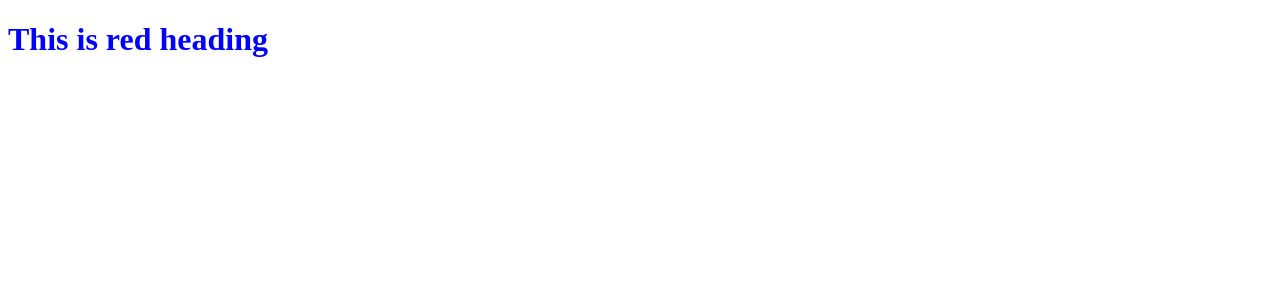
Repository: Helianthusss/Learn-CPP
Page: HTML/practice1.html
The author's editor kept a copy of each file at every save. The page is drawn from the files as they stood at one save, then again after the next save.
The browser window is 1280 px wide. The pictures show the whole page.

Above is the page before, as saved 2021-10-06 09:42:59.

After the next save:
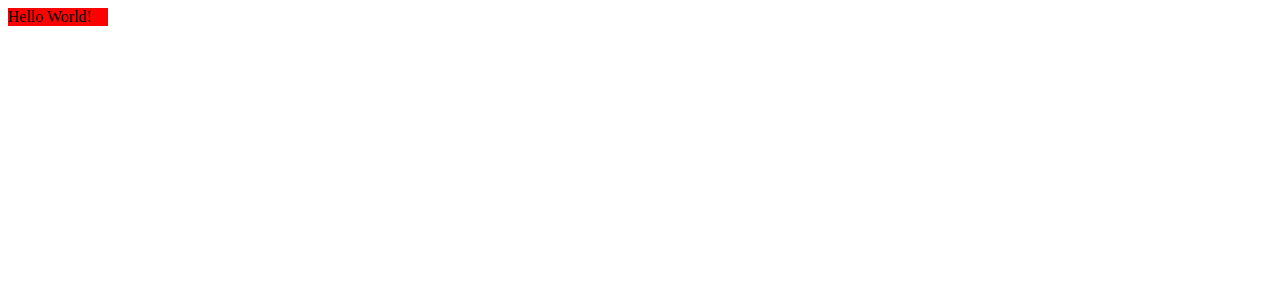
Saved 1 s later.
--- a/HTML/practice1.html
+++ b/HTML/practice1.html
@@ -1,12 +1,13 @@
 <!DOCTYPE html>
 <html lang="en">
-<head>
-    <meta charset="UTF-8">
-    <meta http-equiv="X-UA-Compatible" content="IE=edge">
-    <meta name="viewport" content="width=device-width, initial-scale=1.0">
-    <title>Practice</title>
-</head>
-<body>
-    <h1 style="color: blue">This is red heading</h1>
-</body>
+  <head>
+    <meta charset="UTF-8" />
+    <meta http-equiv="X-UA-Compatible" content="IE=edge" />
+    <meta name="viewport" content="width=device-width, initial-scale=1.0" />
+    <title>Document</title>
+    <link rel="stylesheet" href="text.css" />
+  </head>
+  <body>
+    <div id="name">Hello World!</div>
+  </body>
 </html>
